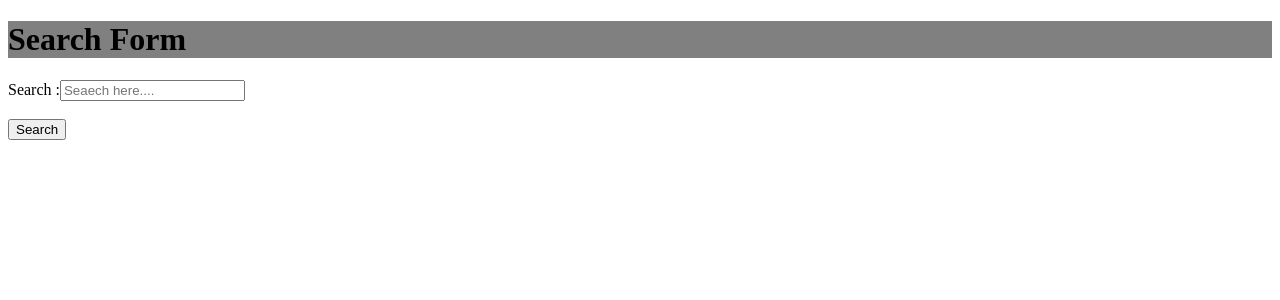
Repository: abhinavk718/servlet-project
Page: empwebapp/WebContent/search.html
These files come from the project's save history. The page is drawn as it stood at one moment and after the next save; the edit follows.
The browser window is 1280 px wide. The pictures show the whole page.

Above is the page before, as saved 2019-11-15 08:40:06.

After the next save:
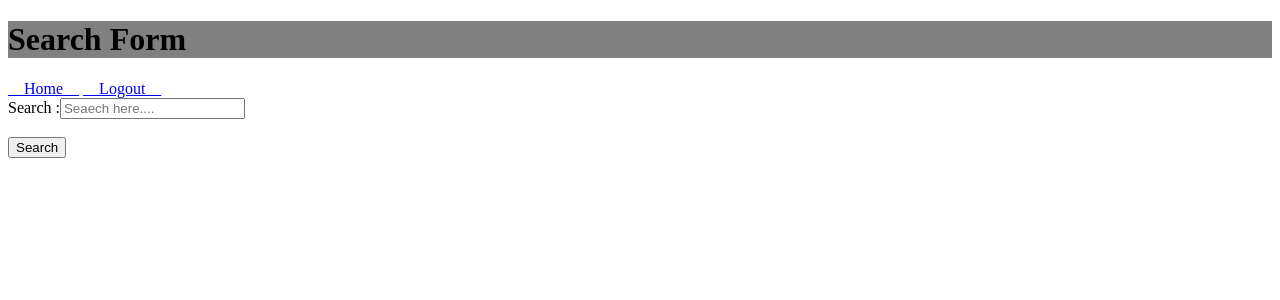
Saved 5 min 14 s later.
--- a/empwebapp/WebContent/search.html
+++ b/empwebapp/WebContent/search.html
@@ -7,6 +7,8 @@
 <body>
 <form action="" class="col-md-4 offset-4 mt-5 mb-5 card card-body">
     <h1 class="text-center" style="background-color: gray;">Search Form</h1>
+    <a href="#">&nbsp; &nbsp; Home &nbsp; &nbsp;</a>
+    <a href="#">&nbsp; &nbsp; Logout &nbsp; &nbsp;</a>
     <div class="formgroup">
         Search :<input type="text" name="search"class="form-control mb-1" placeholder="Seaech here....">
     </div>
